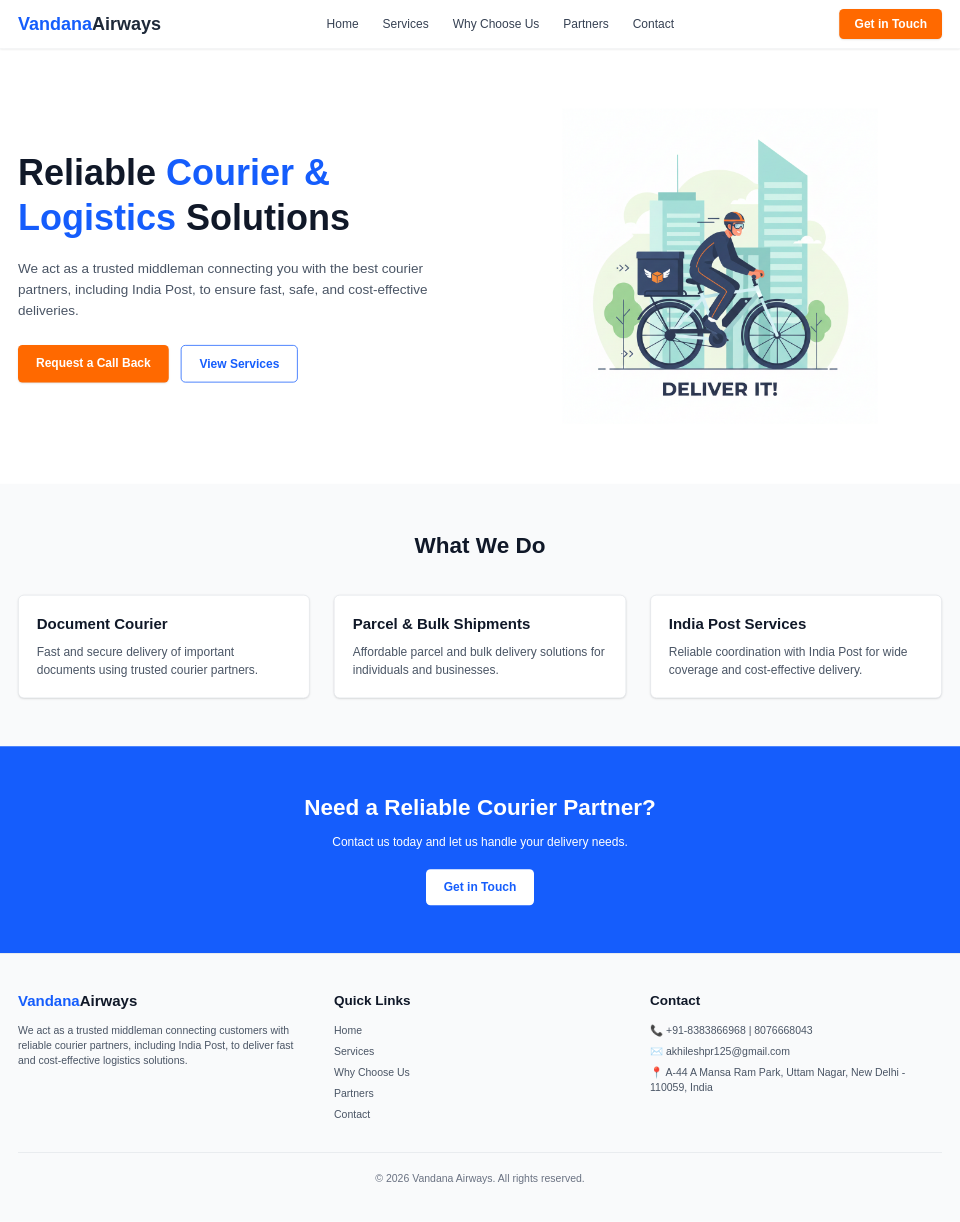
Repository: Rohit-foryou/Courier-Portfolio
Page: /
These files come from the project's save history. The page is drawn as it stood at one moment and after the next save; the edit follows.
The browser window is 1280 px wide. The pictures show the whole page, at 75% of full size.
The project was rebuilt for these pictures with package versions that can differ from the ones it lists, and the page was loaded fresh each time. The framework's server and built-in components were replaced by stand-ins that run in the browser. Also part of the build but not shown: next.config.ts.

Above is the page before, as saved 2026-02-09 20:40:16.

### app/layout.tsx
import "./globals.css";
import Navbar from "../components/Navbar";
import Footer from "../components/Fotter";

export const metadata = {
  title: "Courier Portfolio",
  description: "Courier & logistics service portfolio website",
};

export default function RootLayout({
  children,
}: {
  children: React.ReactNode;
}) {
  return (
    <html lang="en">
      <body>
        <Navbar />
        <main className="min-h-screen">{children}</main>
        <Footer />
      </body>
    </html>
  );
}

### app/page.tsx
import HeroSection from "../components/HeroSection";
import ServicesOverview from "../components/ServiceOverview";
import CTASection from "../components/CTASection";

export default function HomePage() {
  return (
    <>
      <HeroSection />
      <ServicesOverview />
      <CTASection />
    </>
  );
}

### components/Navbar.tsx
import Link from "next/link";

export default function Navbar() {
  return (
<nav className="w-full bg-white border-b border-gray-100 sticky top-0 z-50 shadow-sm">
      <div className="max-w-7xl mx-auto px-6">
        <div className="flex items-center justify-between h-16">

          {/* Logo */}
          <div className="flex items-center">
            <span className="text-2xl font-bold text-blue-600">
              Vandana<span className="text-gray-800">Airways</span>
            </span>
          </div>

          {/* Navigation Links */}
          <div className="hidden md:flex items-center space-x-8 text-gray-700 font-medium">
            <Link href="/"   className="relative hover:text-blue-600 transition after:absolute after:left-0 after:-bottom-1 after:w-0 after:h-[2px] after:bg-orange-500 hover:after:w-full after:transition-all"
>
              Home
            </Link>
            <Link href="/services"  className="relative hover:text-blue-600 transition after:absolute after:left-0 after:-bottom-1 after:w-0 after:h-[2px] after:bg-orange-500 hover:after:w-full after:transition-all"
>
              Services
            </Link>
            <Link href="/why-choose-us"   className="relative hover:text-blue-600 transition after:absolute after:left-0 after:-bottom-1 after:w-0 after:h-[2px] after:bg-orange-500 hover:after:w-full after:transition-all"
>
              Why Choose Us
            </Link>
            <Link href="/partners"   className="relative hover:text-blue-600 transition after:absolute after:left-0 after:-bottom-1 after:w-0 after:h-[2px] after:bg-orange-500 hover:after:w-full after:transition-all"
>
              Partners
            </Link>
            <Link href="/contact"   className="relative hover:text-blue-600 transition after:absolute after:left-0 after:-bottom-1 after:w-0 after:h-[2px] after:bg-orange-500 hover:after:w-full after:transition-all"
>
              Contact
            </Link>
          </div>

          {/* CTA Button */}
          <div className="flex items-center">
            <Link
              href="/contact"
              className="bg-orange-500 text-white px-5 py-2 rounded-md font-semibold hover:bg-orange-600 transition shadow-sm"
            >
              Get in Touch
            </Link>
          </div>
        </div>
      </div>
    </nav>
  );
}

### components/Fotter.tsx
import Link from "next/link";

export default function Footer() {
  return (
    <footer className="bg-gray-50 border-t border-gray-200">
      <div className="max-w-7xl mx-auto px-6 py-12">
        <div className="grid grid-cols-1 md:grid-cols-3 gap-8">
          {/* Brand / About */}
          <div>
            <h3 className="text-xl font-bold text-blue-600">
  Vandana<span className="text-gray-900">Airways</span>
</h3>

            <p className="mt-4 text-gray-600 text-sm">
              We act as a trusted middleman connecting customers with reliable
              courier partners, including India Post, to deliver fast and
              cost-effective logistics solutions.
            </p>
          </div>

          {/* Quick Links */}
          <div>
            <h4 className="text-lg font-semibold text-gray-900 mb-4">
Quick Links</h4>
            <ul className="mt-4 space-y-2 text-sm">
              <li>
                <Link
                  href="/"
                  className="text-gray-600 hover:text-blue-600 transition"
                >
                  Home
                </Link>
              </li>
              <li>
                <Link
                  href="/services"
                  className="text-gray-600 hover:text-blue-600 transition"
                >
                  Services
                </Link>
              </li>
              <li>
                <Link
                  href="/why-choose-us"
                  className="text-gray-600 hover:text-blue-600 transition"
                >
                  Why Choose Us
                </Link>
              </li>
              <li>
                <Link
                  href="/partners"
                  className="text-gray-600 hover:text-blue-600 transition"
                >
                  Partners
                </Link>
              </li>
              <li>
                <Link
                  href="/contact"
                  className="text-gray-600 hover:text-blue-600 transition"
                >
                  Contact
                </Link>
              </li>
            </ul>
          </div>

          {/* Contact Info */}
          <div>
            <h4 className="text-lg font-semibold text-gray-900">Contact</h4>
            <ul className="mt-4 space-y-2 text-gray-600 text-sm">
              <li>📞 +91-8383866968 | 8076668043</li>
              <li>✉️ akhileshpr125@gmail.com</li>
              <li>
                📍 A-44 A Mansa Ram Park, Uttam Nagar, New Delhi - 110059, India
              </li>
            </ul>
          </div>
        </div>

        {/* Bottom Bar */}
        <div className="mt-10 border-t border-gray-200 pt-6 text-center text-sm text-gray-500">
          © {new Date().getFullYear()} Vandana Airways. All rights reserved.
        </div>
      </div>
    </footer>
  );
}

### components/HeroSection.tsx
import Link from "next/link";
import Image from "next/image";

export default function HeroSection() {
  return (
    <section className="bg-white">
      <div className="max-w-7xl mx-auto px-6 py-20 grid grid-cols-1 md:grid-cols-2 gap-12 items-center">
        {/* Left Content */}
        <div>
          <h1 className="text-4xl md:text-5xl font-bold text-gray-900 leading-tight">
            Reliable <span className="text-blue-600">Courier & Logistics</span>{" "}
            Solutions
          </h1>

          <p className="mt-6 text-lg text-gray-600">
            We act as a trusted middleman connecting you with the best courier
            partners, including India Post, to ensure fast, safe, and
            cost-effective deliveries.
          </p>

          {/* CTA Buttons */}
          <div className="mt-8 flex flex-wrap gap-4">
            <Link
              href="/contact"
              className="bg-orange-500 text-white px-6 py-3 rounded-md font-semibold hover:bg-orange-600 transition shadow-sm"
            >
              Request a Call Back
            </Link>

            <Link
              href="/services"
              className="border border-blue-600 text-blue-600 px-6 py-3 rounded-md font-semibold hover:bg-blue-50 transition"
            >
              View Services
            </Link>
          </div>
        </div>

        {/* Right Visual */}
        <div className="flex justify-center">
          <Image
            src="/images/courier-illustration.png"
            alt="Courier and logistics illustration"
            width={420}
            height={320}
            className="object-contain"
            priority
          />
        </div>
      </div>
    </section>
  );
}

### components/ServiceOverview.tsx
import ServiceCard from "./ServiceCard";

export default function ServiceOverview() {
  return (
    <section className="bg-gray-50 py-16">
      <div className="max-w-7xl mx-auto px-6">
        <h2 className="text-3xl font-bold text-center text-gray-900">
          What We Do
        </h2>

        <div className="mt-12 grid grid-cols-1 md:grid-cols-3 gap-8">
          <ServiceCard
            title="Document Courier"
            description="Fast and secure delivery of important documents using trusted courier partners."
          />
          <ServiceCard
            title="Parcel & Bulk Shipments"
            description="Affordable parcel and bulk delivery solutions for individuals and businesses."
          />
          <ServiceCard
            title="India Post Services"
            description="Reliable coordination with India Post for wide coverage and cost-effective delivery."
          />
        </div>
      </div>
    </section>
  );
}

### components/CTASection.tsx
export default function CTASection() {
  return (
    <section className="bg-blue-600 py-16 text-center text-white">
      <h2 className="text-3xl font-bold">
        Need a Reliable Courier Partner?
      </h2>
      <p className="mt-4">
        Contact us today and let us handle your delivery needs.
      </p>
      <button className="mt-6 bg-white text-blue-600 px-6 py-3 rounded-md font-semibold hover:bg-gray-100 transition">Get in Touch</button>
    </section>
  );
}

### components/ServiceCard.tsx
type ServiceCardProps = {
  title: string;
  description: string;
};

export default function ServiceCard({ title, description }: ServiceCardProps) {
  return (
    <div className="bg-white border border-gray-200 rounded-lg p-6 shadow-sm hover:shadow-md transition">
      <h3 className="text-xl font-semibold text-gray-900">{title}</h3>
      <p className="mt-3 text-gray-600">{description}</p>
    </div>
  );
}

Loaded but not shown: app/globals.css (common file)

After the next save:
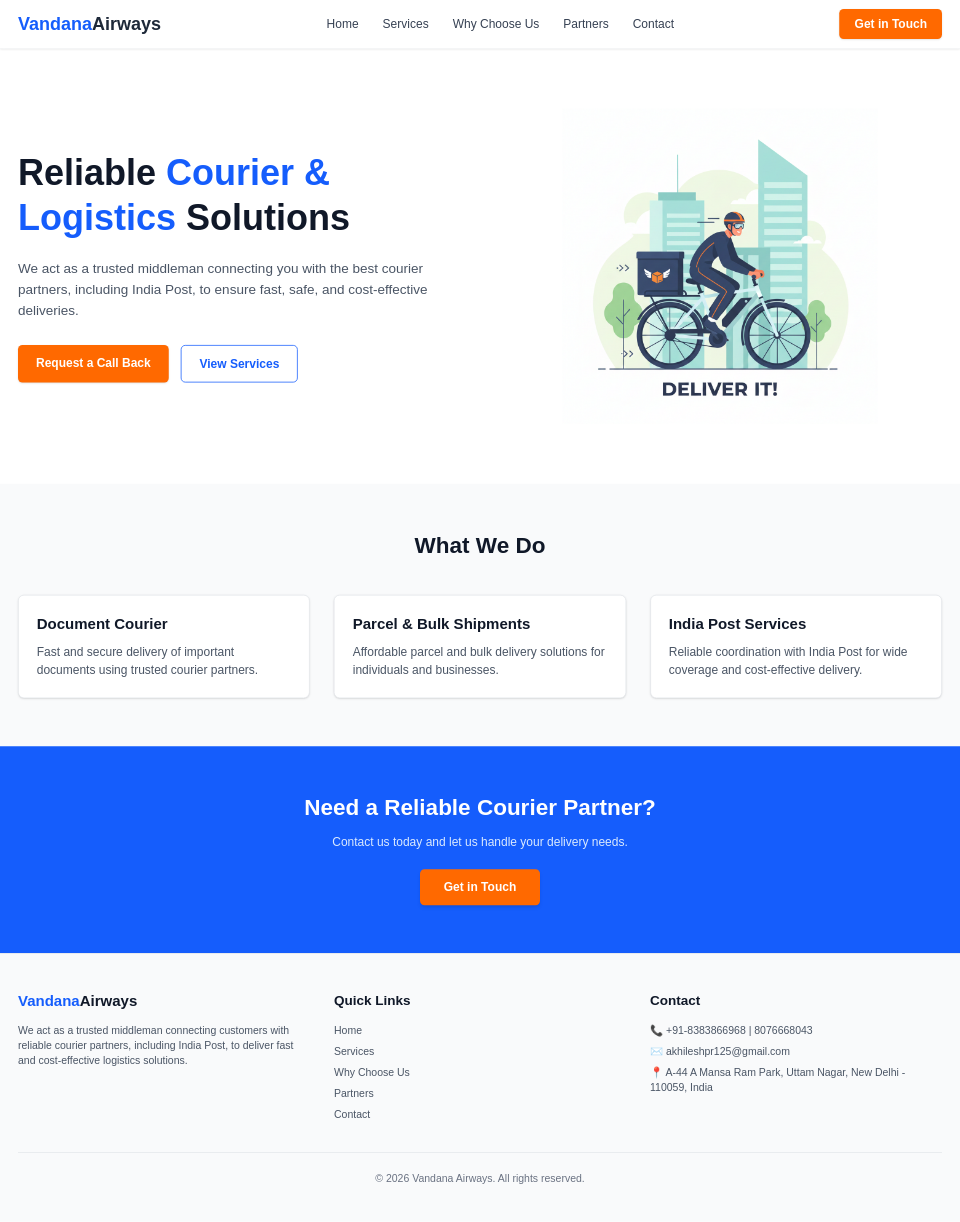
Saved 60 s later.
--- a/components/CTASection.tsx
+++ b/components/CTASection.tsx
@@ -1,13 +1,22 @@
+import Link from "next/link";
+
 export default function CTASection() {
   return (
     <section className="bg-blue-600 py-16 text-center text-white">
       <h2 className="text-3xl font-bold">
         Need a Reliable Courier Partner?
       </h2>
-      <p className="mt-4">
+
+      <p className="mt-4 text-blue-100">
         Contact us today and let us handle your delivery needs.
       </p>
-      <button className="mt-6 bg-white text-blue-600 px-6 py-3 rounded-md font-semibold hover:bg-gray-100 transition">Get in Touch</button>
+
+      <Link
+        href="/contact"
+        className="inline-block mt-6 bg-orange-500 hover:bg-orange-600 text-white px-8 py-3 rounded-md font-semibold transition shadow-md"
+      >
+        Get in Touch
+      </Link>
     </section>
   );
 }
